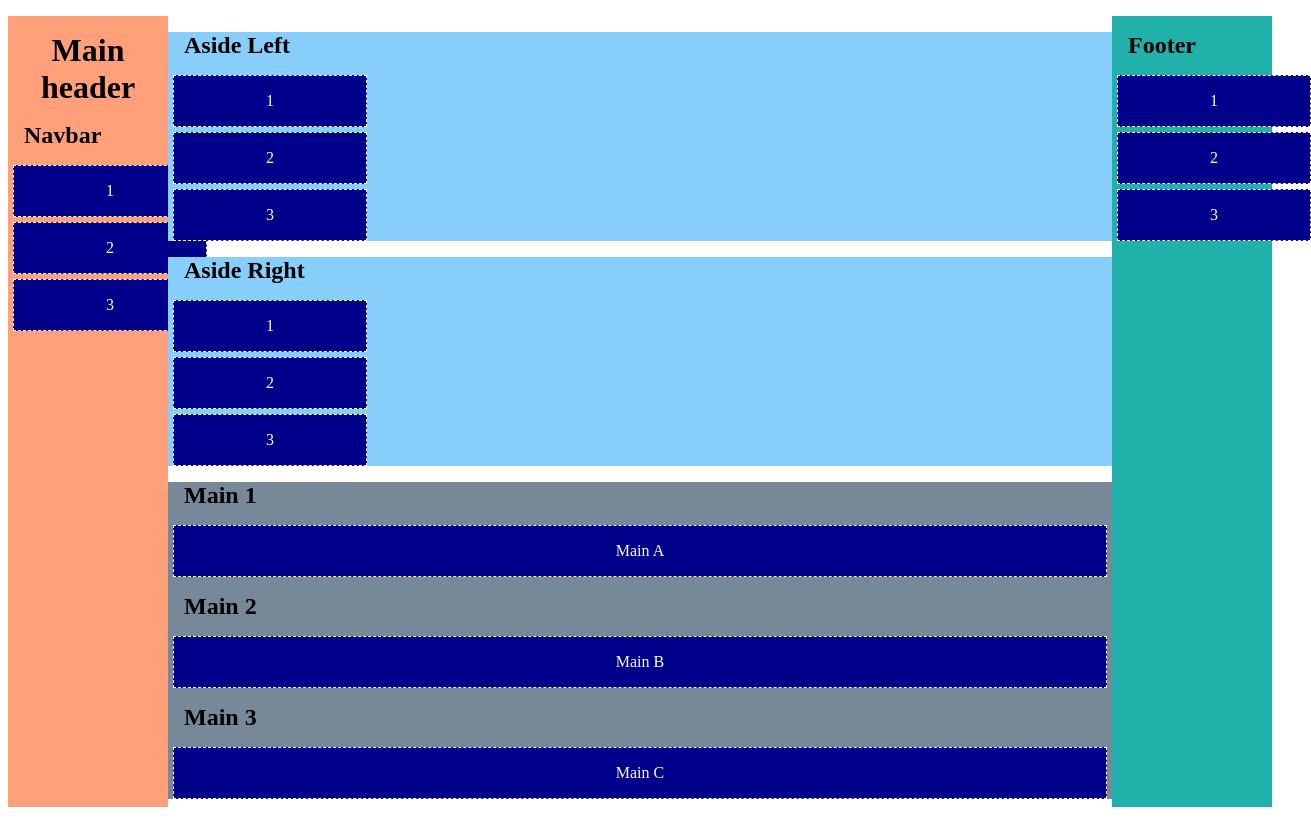
Repository: Colo-Codes/code-practice
Page: 02-css-practice-11-RWD.html
The author's editor kept a copy of each file at every save. The page is drawn from the files as they stood at one save, then again after the next save.
The browser window is 1280 px wide. The page is 1311 px wide, then 1280 px, so the pictures cover 1311 px, including what lies to the right of the window. The pictures show the whole page.

Above is the page before, as saved 2021-06-07 09:12:41.

After the next save:
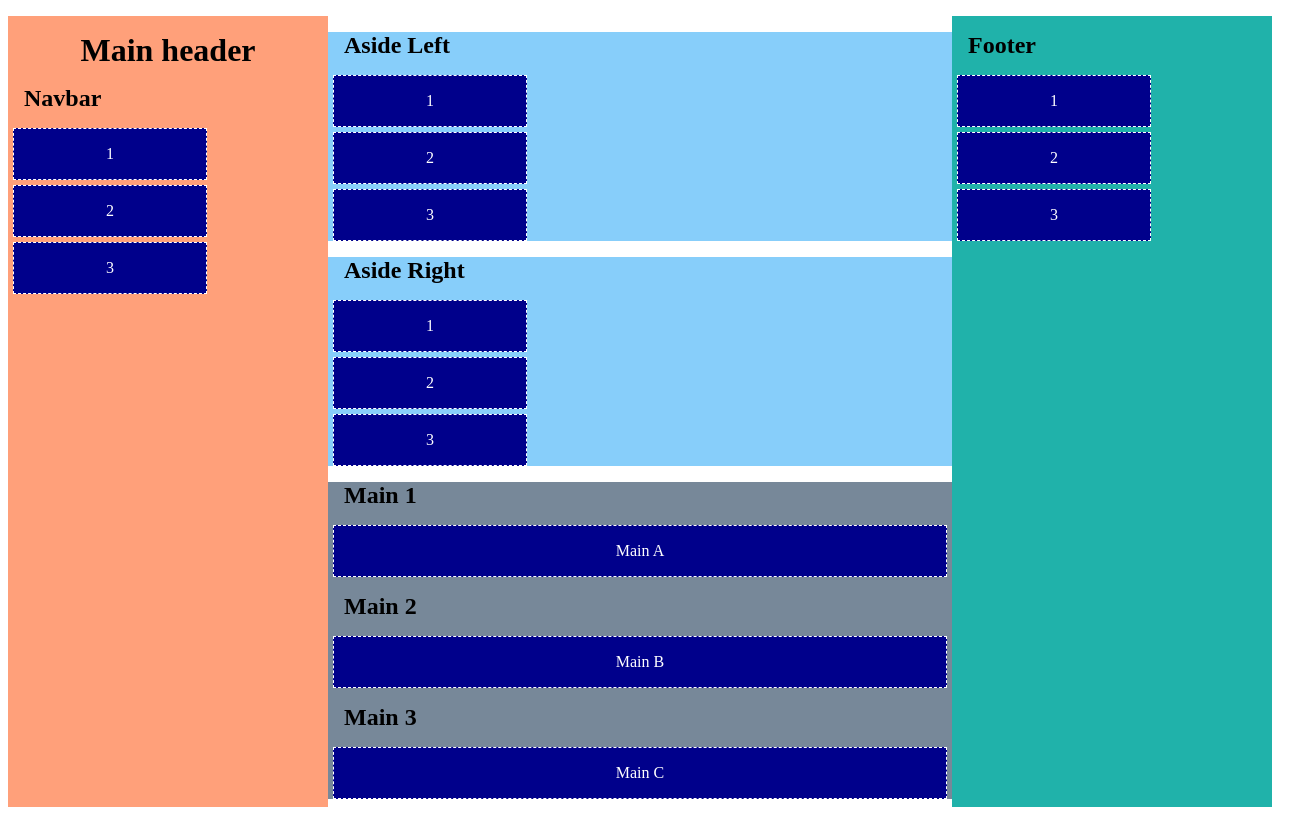
Saved 8 s later.
--- a/02-css-practice-11-RWD.html
+++ b/02-css-practice-11-RWD.html
@@ -45,7 +45,7 @@
         /* Grids */
         body {
             display: grid;
-            grid-template-columns: 10rem auto 10rem;
+            grid-template-columns: 20rem auto 20rem;
         }
 
 
